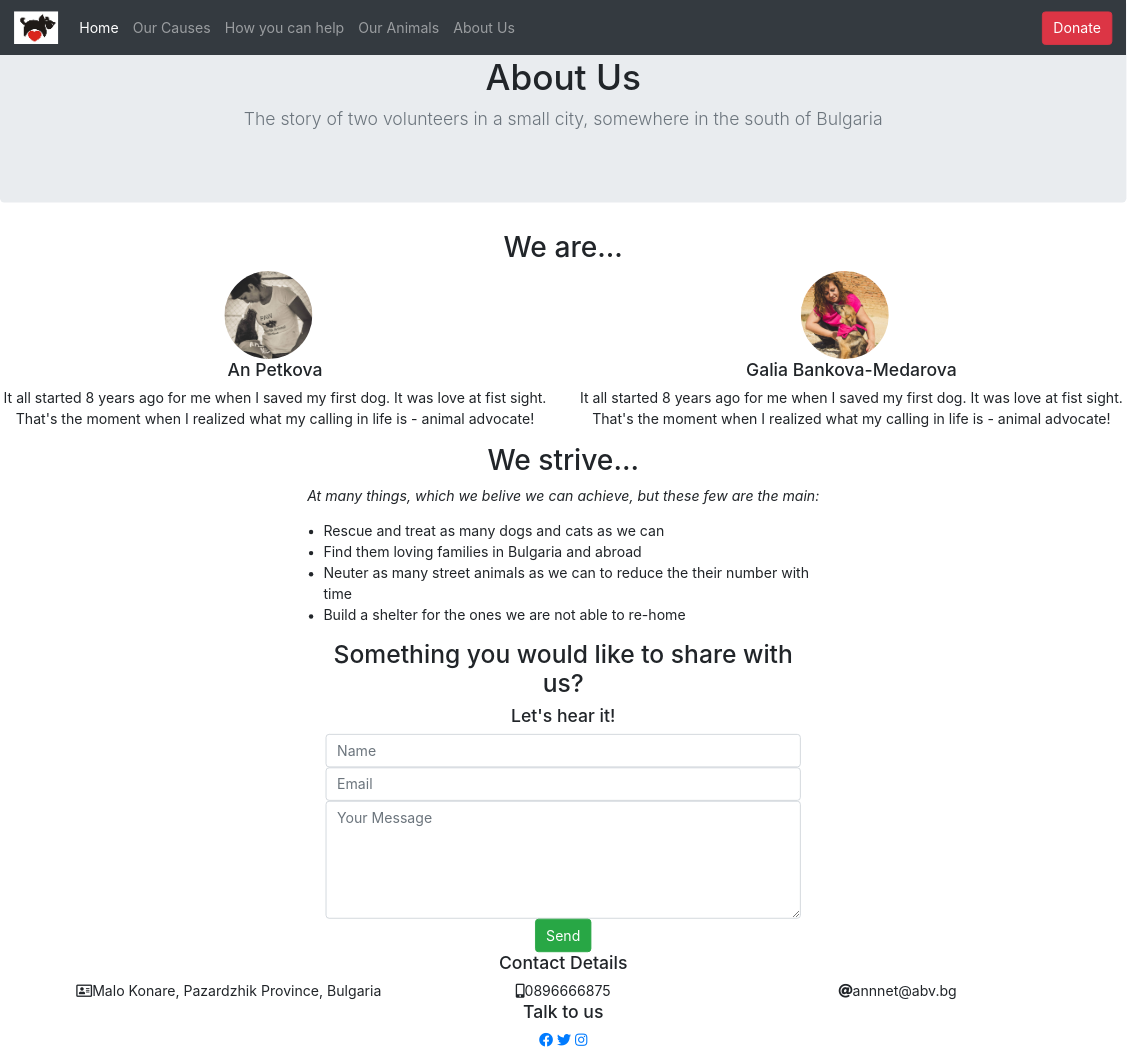
Repository: Naity17/PAW-first-website
Page: About-Us.html
The author's editor kept a record of every edit. The page is drawn from the files as they stood at one moment, then again after the next edit.
The browser window is 1280 px wide. The page is 1295 px wide, so the pictures cover 1295 px, including what lies to the right of the window. The pictures show the whole page, at 88% of full size.
Some web libraries are served in a nearby version.

Above is the page before.
Console error: TypeError: Cannot read properties of undefined (reading 'fn')

After the next edit:
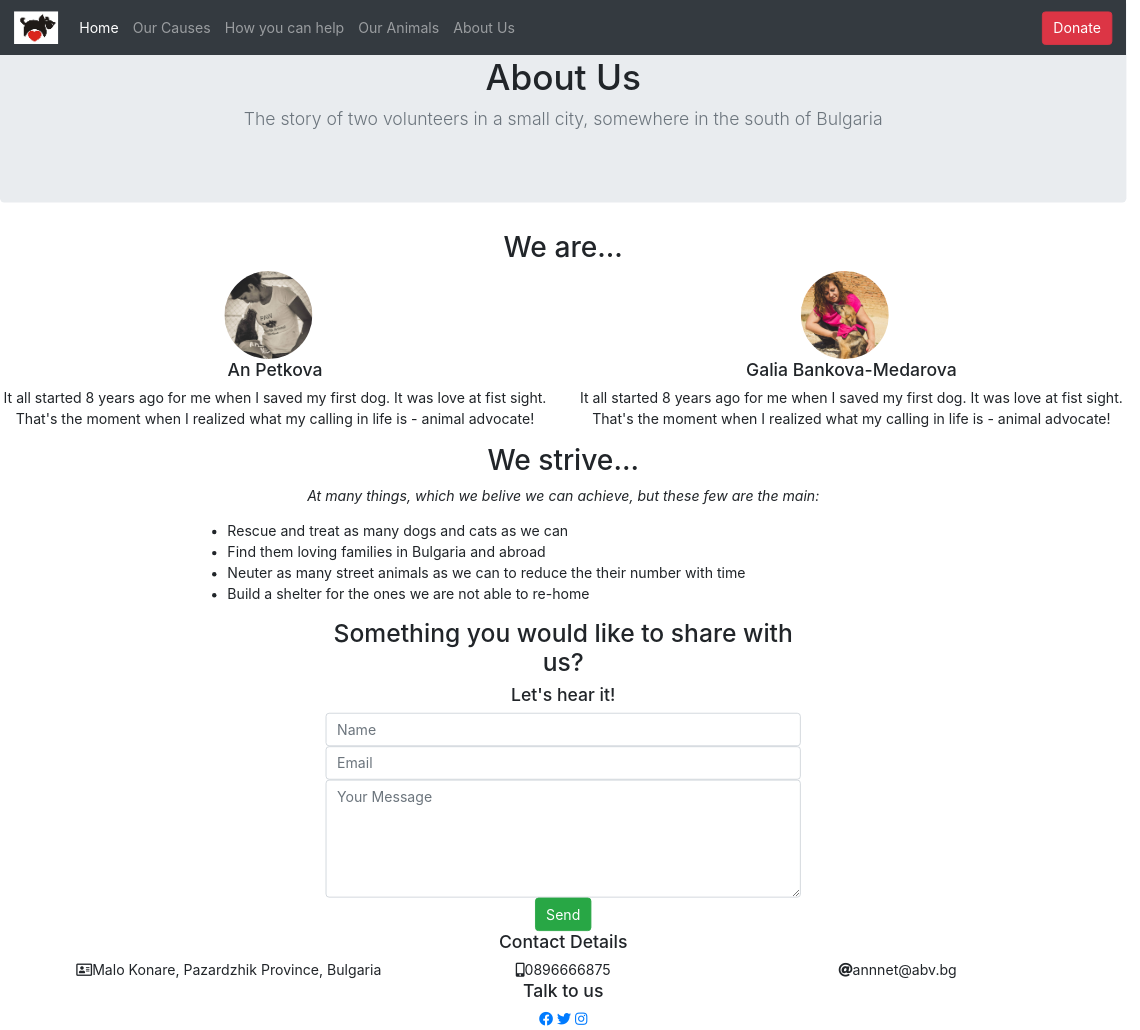
The edit:
--- a/About-Us.html
+++ b/About-Us.html
@@ -83,7 +83,7 @@
             <section class="text-center" id="our-aims-details">
                 <div class="row">
                     <div class="col"></div>
-                    <div class="col-6">
+                    <div class="col-8">
                         <h2>We strive...</h2>
                         <p><em>At many things, which we belive we can achieve, but these few are the main:</em></p>
                         <ul class="text-left">
